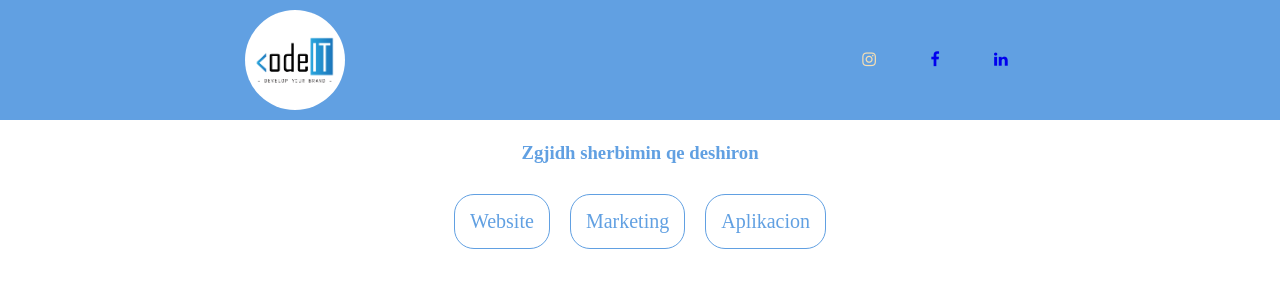
Repository: Edes2128/CODEIT-FINAL
Page: /
An editor plug-in stored every save of this project. The page is shown before and after the next save, followed by the edit.
The browser window is 1280 px wide. The pictures show the whole page.
The project was rebuilt for these pictures with package versions that can differ from the ones it lists, and the page was loaded fresh each time.

Above is the page before, as saved 2020-06-29 23:46:16.

### public/index.html
<!DOCTYPE html>
<html lang="en">
  <head>
    <meta charset="utf-8" />
    <link rel="icon" href="./4.jpg" />
    <meta name="viewport" content="width=device-width, initial-scale=1" />
    <meta name="theme-color" content="#61A0E2" />
    <meta
      name="description"
      content="Web site created using create-react-app"
    />

    <link rel="apple-touch-icon" href="/public/4.jpg" />
    <!--
      manifest.json provides metadata used when your web app is installed on a
      user's mobile device or desktop. See https://developers.google.com/web/fundamentals/web-app-manifest/
    -->
    <link rel="manifest" href="/public/4.jpg" />
    <!--
      Notice the use of %PUBLIC_URL% in the tags above.
      It will be replaced with the URL of the `public` folder during the build.
      Only files inside the `public` folder can be referenced from the HTML.

      Unlike "/favicon.ico" or "favicon.ico", "%PUBLIC_URL%/favicon.ico" will
      work correctly both with client-side routing and a non-root public URL.
      Learn how to configure a non-root public URL by running `npm run build`.
    -->
    <title>CodeIT</title>
  </head>
  <body>
    <noscript>You need to enable JavaScript to run this app.</noscript>
    <div id="root"></div>
    <!--
      This HTML file is a template.
      If you open it directly in the browser, you will see an empty page.

      You can add webfonts, meta tags, or analytics to this file.
      The build step will place the bundled scripts into the <body> tag.

      To begin the development, run `npm start` or `yarn start`.
      To create a production bundle, use `npm run build` or `yarn build`.
    -->
  </body>
</html>

### src/index.js
import React from 'react';
import ReactDOM from 'react-dom';
import './index.css';
import App from './App';
import {BrowserRouter} from 'react-router-dom'
import 'font-awesome/css/font-awesome.css'

ReactDOM.render(
  <React.StrictMode>
  <BrowserRouter><App /></BrowserRouter>
  </React.StrictMode>,
  document.getElementById('root')
);

### src/index.css
*,
*::before,
*::after{
    padding: 0;
    margin: 0;
    box-sizing: border-box;
}


.App-header{
  position: relative;
  background-color: #61A0E2;
  width: 100%;
  height: 120px;
  display: flex;
  justify-content: space-around;
  align-items: center;
}

.logo{
  height: 100px;
  width: 100px;
}

.links{
  width: 200px;
  height: 100px;
  display: flex;
  align-items: center;
  justify-content: space-around;
}

.logo img{
  width: 100px;
  height: 100px;
  border-radius: 50%;
}

.navbar{
  width: 100%;
  display: flex;
  justify-content: center;
  align-items: center;
  height: 100px;
  flex-direction: column;
  margin-top: 30px;
}
.navbar h3 {
  color: #61A0E2;

}

.navbar ul {
  list-style: none;
  display: flex;
  margin-top: 20px;
}

.navbar li{
  margin: 10px;
  border: 1px solid #61A0E2;
  padding: 15px;
  border-radius: 20px;
  font-size: 20px;
}

.navbar a {
  text-decoration: none;
  color: #61A0E2;
}

.navbar li:hover{
  color: white;
  background-color: #61A0E2;
}

.instagram{
  color: wheat;
  f
}

### src/App.js
import React from 'react';
import NavBar from './components/navbar';


function App() {
  return (
    <div>
      <header className="App-header">
        <div className="logo"><img src="4.jpg" alt=""/></div>
        <div className="links">
        <a className="instagram" href="https://www.instagram.com/develop_your_brand/" target="_blank"><i className="fa fa-instagram"></i></a>
        <a className="facebook" href="https://www.facebook.com/Code-IT-shpk-1922218121419737" target="_blank"><i className="fa fa-facebook"></i></a>
        <a className="linkedin" href="https://www.linkedin.com/in/codeit-develop-your-brand-b9267a189/" target="_blank"><i className="fa fa-linkedin"></i></a>
        </div>
      </header>
      <NavBar />
    </div>
  );
}

export default App;

### src/components/navbar.jsx
import React from 'react';
import {Link} from 'react-router-dom';

const NavBar = () => {
    return (
            <nav className="navbar">
            <h3>Zgjidh sherbimin qe deshiron</h3>
            <ul>
                <Link to="/website"><li>Website</li></Link>
                <Link to="/marketing"><li>Marketing</li></Link>
                <Link to="/aplikacion"><li>Aplikacion</li></Link>
            </ul>
            </nav>
    );
}

export default NavBar;

After the next save:
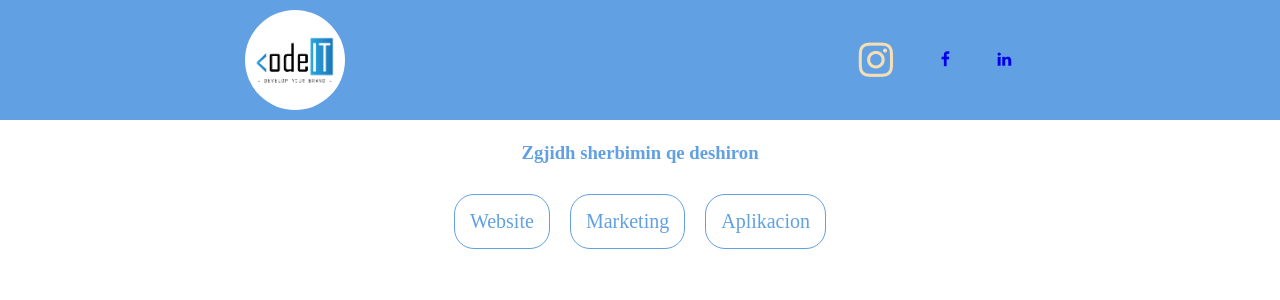
Saved 4 s later.
--- a/src/index.css
+++ b/src/index.css
@@ -76,5 +76,5 @@
 
 .instagram{
   color: wheat;
-  f
+  font-size: 40px;
 }
